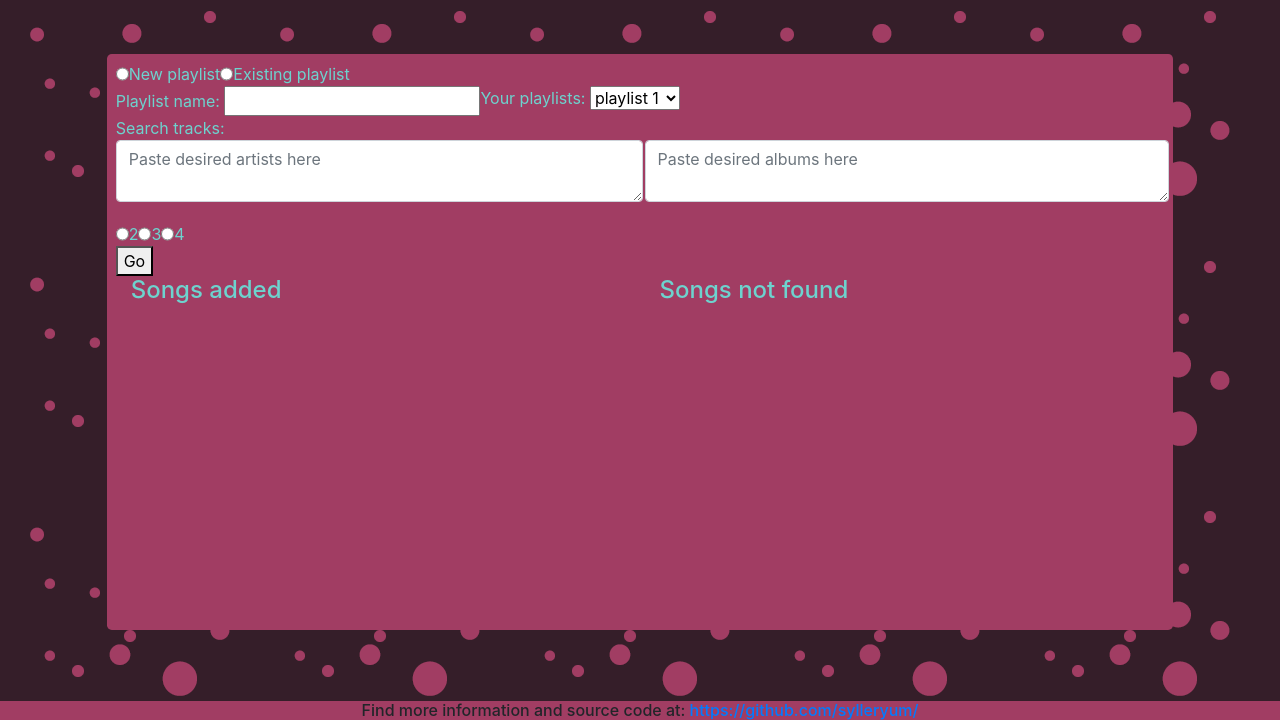
Repository: sylleryum/Frontend
Page: GetTopTracks/index.html
These files come from the project's save history. The page is drawn as it stood at one moment and after the next save; the edit follows.
The browser window is 1280 px wide. The pictures show the whole page.

Above is the page before, as saved 2019-10-13 17:09:30.

### GetTopTracks/index.html
<!doctype html>
<html lang="en">

<head>
     <title>Get top tracks from Artists and albums</title>
     <!-- Required meta tags -->
     <meta charset="utf-8">
     <meta name="viewport" content="width=device-width, initial-scale=1, shrink-to-fit=no">

     <!-- Bootstrap CSS -->
     <link rel="stylesheet" href="https://stackpath.bootstrapcdn.com/bootstrap/4.3.1/css/bootstrap.min.css"
          integrity="sha384-ggOyR0iXCbMQv3Xipma34MD+dH/1fQ784/j6cY/iJTQUOhcWr7x9JvoRxT2MZw1T" crossorigin="anonymous">

     <!-- main CSS-->
     <link rel="stylesheet" href="style.css">

</head>

<body class="background-master">
          <form action="searchTrack" id="submit-btn" onsubmit="return validation()">
     <div class="container-fluid h-95">
          <div class="row align-items-center justify-content-center h-95">
               <div class="h-80 col col-md-10 bg-4 text-1 rounded-lg pl-4 pt-2 overflow-auto  id="internal-container">
                    <div class="row main-select">
                         <input type="radio" id="rNew" name="playlistRadio" value="new" onchange="radioChecker()">New
                         playlist
                         <input type="radio" id="rExisting" name="playlistRadio" value="existing"
                              onchange="radioChecker()">Existing
                         playlist
                    </div>
                    <div class="row main-playlist">
                         <div id="new-playlist" class="block-style">
                              Playlist name: <input type="text" class="" id="playlistName" name="playlistName" />
                         </div>
                         <div id="existing-playlist" class="block-style">
                              <span>Your playlists:</span>
                              <select name="selectPlaylist">
                                   <option>playlist 1</option>
                                   <option>playlist 2</option>
                                   <option>playlist 3</option>
                                   <option>playlist 4</option>
                                   <!-- <c:forEach var="items" items="${playlists}">
                                        <option value="${items.getId()}">${items.getName()}</option>
                                   </c:forEach> -->
                              </select>
                         </div>
                    </div>
                    <div class="row">
                         Search tracks:
                    </div>
                    <div class="row main-textarea form-group pr-1">
                         <div class="col-md-6 p-0 mb-1">
                              <textarea class="textarea-search form-control md-textarea" id="searchNameArtist"
                                   name="searchNameArtist" placeholder="Paste desired artists here"></textarea>
                         </div>
                         <div class="col-md-6 p-0 small-padding">
                              <textarea class="textarea-search form-control md-textarea" id="searchNameAlbum"
                                   name="searchNameAlbum" placeholder="Paste desired albums here"></textarea>
                         </div>
                    </div>
                    <div class="row track-amount">
                         <input type="radio" id="rAmount2" name="playlistRadio" value="rAmount2" onchange="">2
                         <input type="radio" id="rAmount3" name="playlistRadio" value="rAmount3" onchange="">3
                         <input type="radio" id="rAmount4" name="playlistRadio" value="rAmount4" onchange="">4
                    </div>
                    <div class="row main-go">
                         <button type="submit" id="submit-button">
                              Go
                         </button>
                    </div>

                    <div class="row results-menu">
                         <div class="success col-md-6">
                              <h4>Songs added</h4>

                         </div>
                         <div class="failure col-md-6">
                              <h4>Songs not found</h4>

                         </div>
                    </div>

               </div>

          </div>

     </div>
     </form>
     <footer class="text-center m-0 p-0 bg-4 footer-clear">
          <h6 class="p-0 m-0 text-w">Find more information and source code at: <a href="https://github.com/sylleryum/">
                    https://github.com/sylleryum/</a></h6>

     </footer>







     <!-- Optional JavaScript -->
     <!-- jQuery first, then Popper.js, then Bootstrap JS -->
     <script src="https://code.jquery.com/jquery-3.3.1.slim.min.js"
          integrity="sha384-q8i/X+965DzO0rT7abK41JStQIAqVgRVzpbzo5smXKp4YfRvH+8abtTE1Pi6jizo"
          crossorigin="anonymous"></script>
     <script src="https://cdnjs.cloudflare.com/ajax/libs/popper.js/1.14.7/umd/popper.min.js"
          integrity="sha384-UO2eT0CpHqdSJQ6hJty5KVphtPhzWj9WO1clHTMGa3JDZwrnQq4sF86dIHNDz0W1"
          crossorigin="anonymous"></script>
     <script src="https://stackpath.bootstrapcdn.com/bootstrap/4.3.1/js/bootstrap.min.js"
          integrity="sha384-JjSmVgyd0p3pXB1rRibZUAYoIIy6OrQ6VrjIEaFf/nJGzIxFDsf4x0xIM+B07jRM"
          crossorigin="anonymous"></script>
</body>

</html>

### GetTopTracks/style.css
.footer-clear {
     width: 100%;
     position: fixed;
     bottom: 0%;
}

.background-master {
     background: url(images/bb.png) repeat;
}

.h-100 {
     min-height: 100vh;
}

.h-95 {
     min-height: 95vh;
}

.h-80 {
     min-height: 80vh;
     max-height: 90vh;
}

.bg-1 {
     background: #6dd3ce!important
}

.bg-2 {
     background: #c8e9a0!important
}

.bg-3 {
     background: #f7a278!important
}

.bg-4 {
     background: #a13d63!important
}

.bg-5 {
     background: #351e29!important
}

.text-1 {
     color: #6dd3ce!important
}

.text-2 {
     color: #c8e9a0!important
}

.text-3 {
     color: #f7a278!important
}

.text-4 {
     color: #a13d63!important
}

.text-5 {
     color: #351e29!important
}

@media screen and (min-width: 767px) {
     .small-padding {
          padding-left: 2px!important;
     }
}

After the next save:
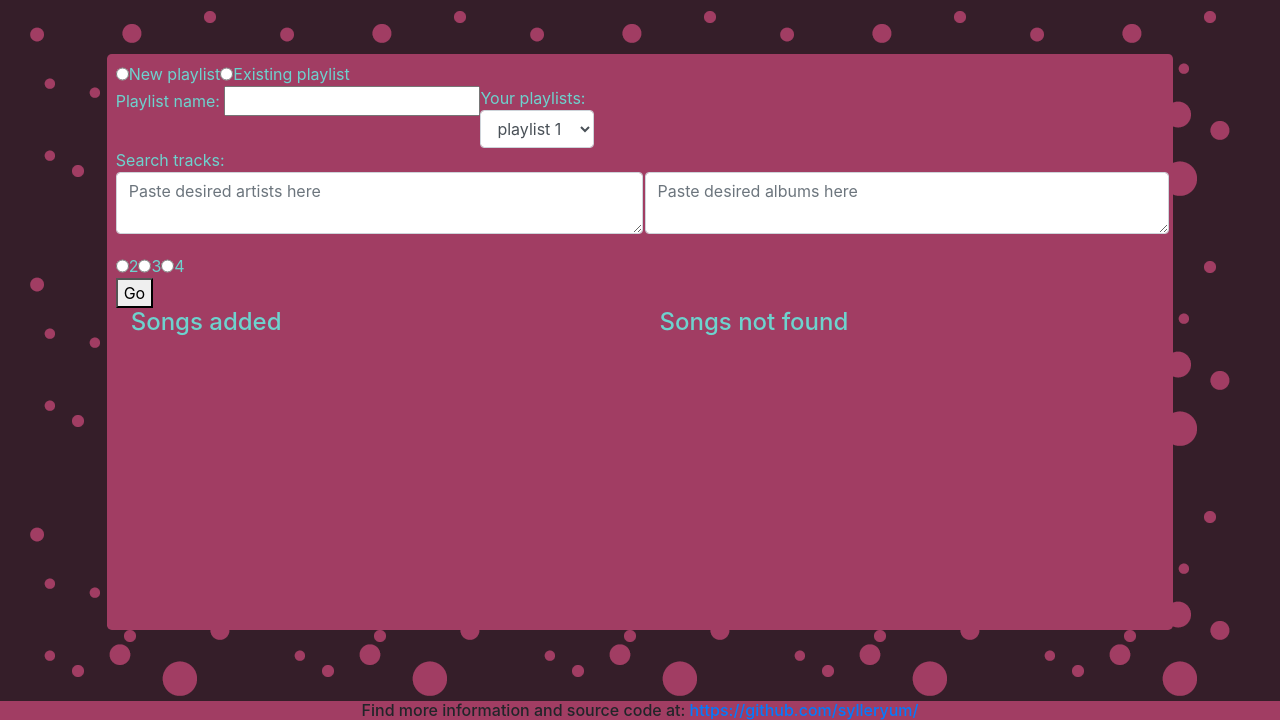
Saved 25 s later.
--- a/GetTopTracks/index.html
+++ b/GetTopTracks/index.html
@@ -34,7 +34,7 @@
                          </div>
                          <div id="existing-playlist" class="block-style">
                               <span>Your playlists:</span>
-                              <select name="selectPlaylist">
+                              <select name="selectPlaylist" class="form-control">
                                    <option>playlist 1</option>
                                    <option>playlist 2</option>
                                    <option>playlist 3</option>
